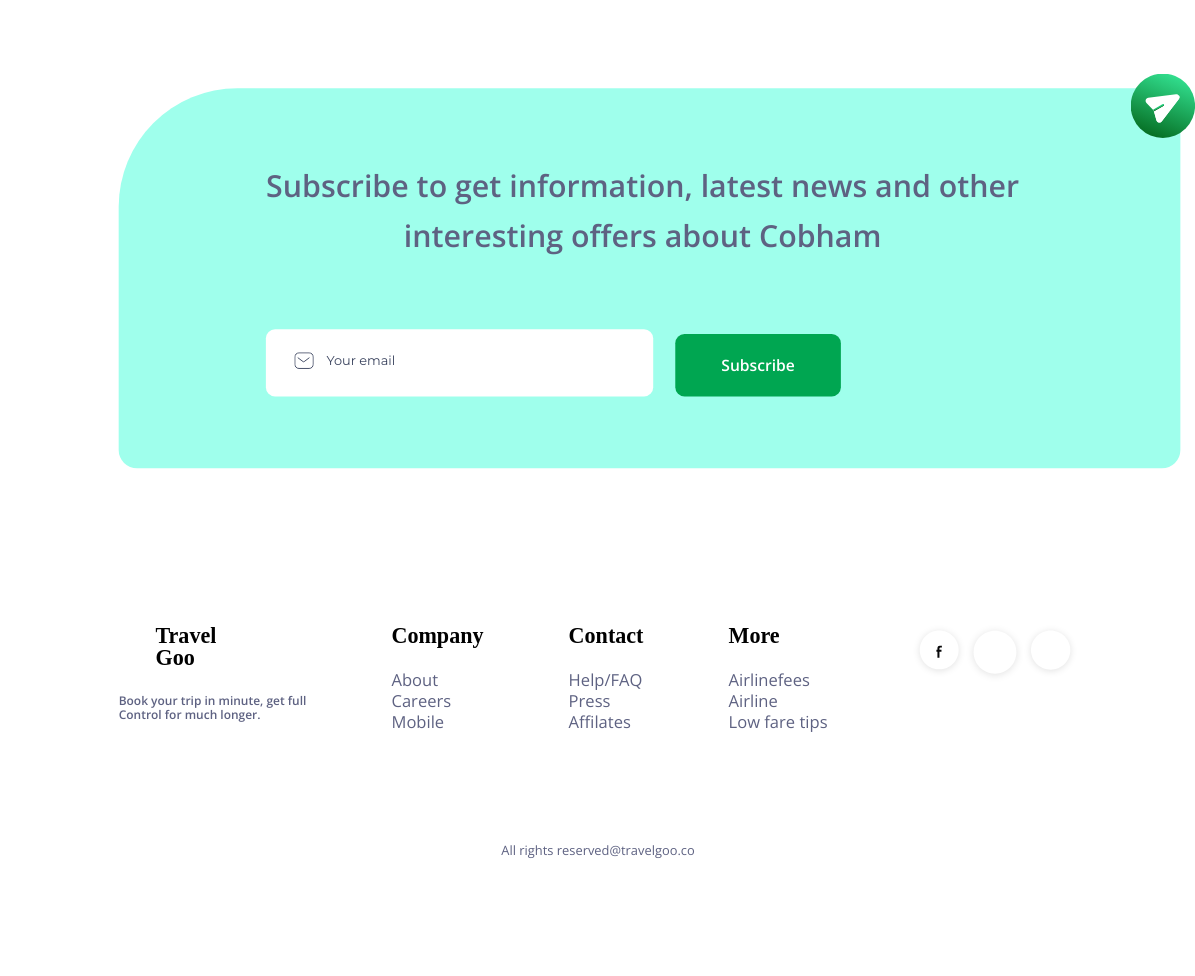
Repository: HeybetzadeQedim/task-5
Page: index.html
The author's editor kept a copy of each file at every save. The page is drawn from the files as they stood at one save, then again after a run of saves.
The browser window is 1280 px wide. The page is 1299 px wide, so the pictures cover 1299 px, including what lies to the right of the window. The pictures show the whole page, at 92% of full size.
Some web fonts or font styles are not loaded; a fallback is used.

Above is the page before, as saved 2023-10-16 16:08:39.

After the next 2 saves:
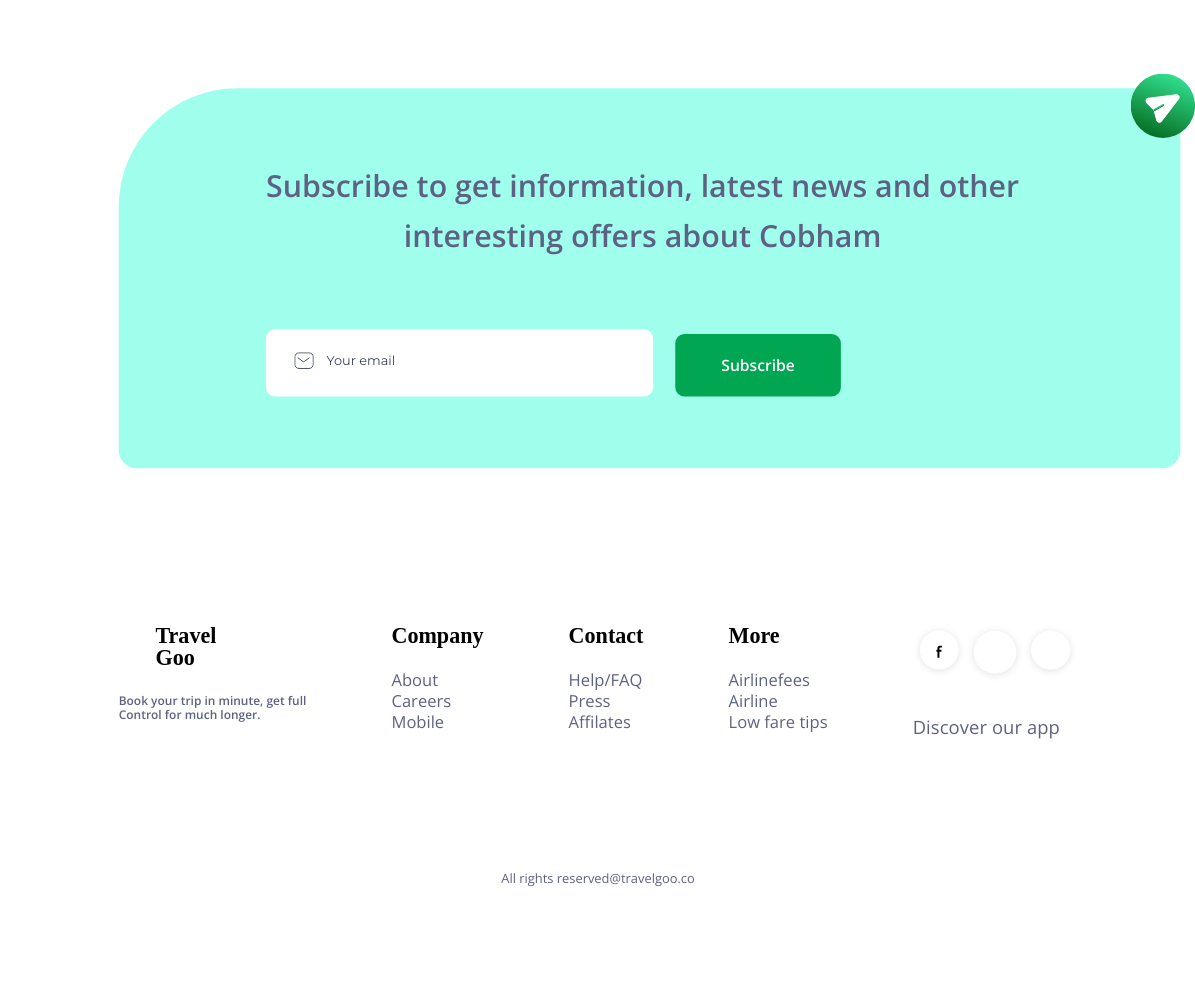
The 2 saves are shown as one change because they came seconds apart.
The last was saved 8 s later.
--- a/index.html
+++ b/index.html
@@ -69,7 +69,7 @@
                 <img src="images/Background (1).svg" />
                 <img src="images/Background (1).svg" />
             </div>
-           <p></p>
+           <p>Discover our app</p>
             <!-- <img src="images/Play Store.svg" />
             <img src="images/Play Store.svg" /> -->
           </div>
